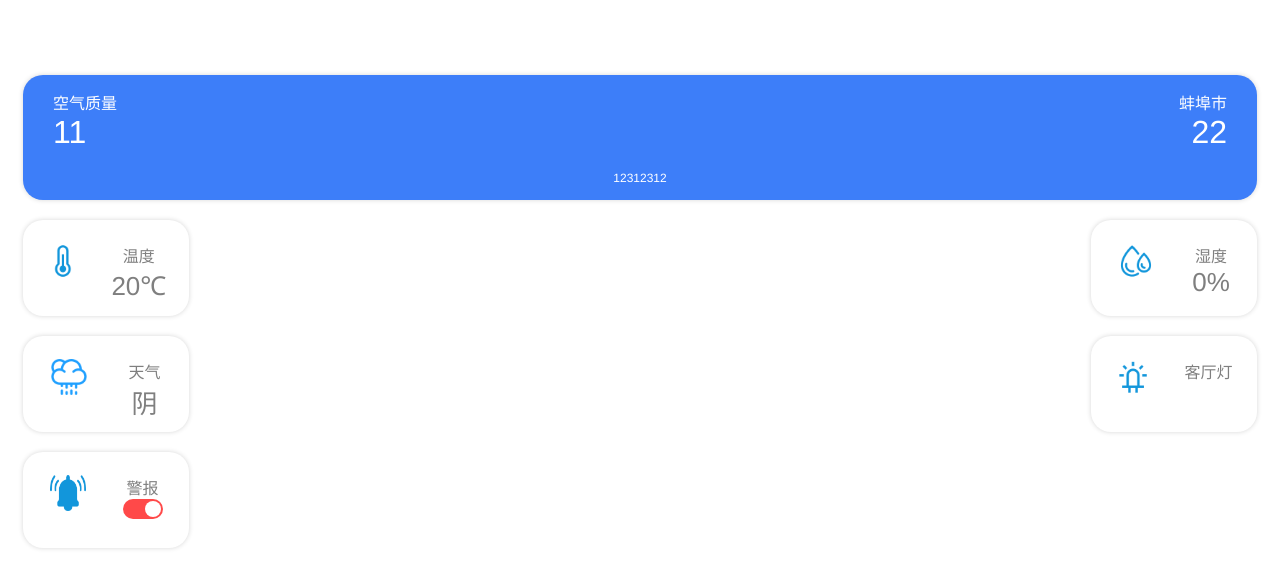
Repository: MashiroQi/MCU
Page: / (app in STM32/smart_house/WebCode/)
An editor plug-in stored every save of this project. The page is shown before and after the next save, followed by the edit.
The browser window is 1280 px wide. The pictures show the whole page.
The project was rebuilt for these pictures with package versions that can differ from the ones it lists, and the page was loaded fresh each time. Also part of the build but not shown: STM32/smart_house/WebCode/vue.config.js.

Above is the page before, as saved 2023-01-03 10:04:59.

### STM32/smart_house/WebCode/index.html
<!DOCTYPE html>
<html>
  <head>
    <meta charset="utf-8">
    <meta name="viewport" content="width=device-width,initial-scale=1.0">
    <title>proj</title>
  </head>
  <body>
    <div id="app"></div>
    <!-- built files will be auto injected -->
  </body>
</html>

### STM32/smart_house/WebCode/src/main.js
// The Vue build version to load with the `import` command
// (runtime-only or standalone) has been set in webpack.base.conf with an alias.
import Vue from 'vue'
import App from './App'
import router from './router'
import switchcomponent from './components/switch.vue'

Vue.config.productionTip = false

Vue.component(switchcomponent.name,switchcomponent);
/* eslint-disable no-new */
new Vue({
  el: '#app',
  router,
  components: { App },
  template: '<App/>'
})

### STM32/smart_house/WebCode/src/App.vue
<template>
  <div id="app">
    <router-view />
  </div>
</template>

<script>
export default {
  name: "App",
};
</script>

<style>
#app {
  font-family: "Avenir", Helvetica, Arial, sans-serif;
  -webkit-font-smoothing: antialiased;
  -moz-osx-font-smoothing: grayscale;
  text-align: center;
  color: #2c3e50;
  margin-top: 60px;
}
</style>

### STM32/smart_house/WebCode/src/router/index.js
import Vue from 'vue'
import Router from 'vue-router'
import Client from '@/components/Client'
Vue.use(Router)

export default new Router({
  routes: [
    {
      path: '/',
      name: 'Client',
      component: Client
    }
  ]
})

### STM32/smart_house/WebCode/src/components/switch.vue
<template>
  <div
    :class="['switchcomponent', disabled ? 'is-disabled' : '']"
    :style="{
      backgroundColor: isOk ? activeColor : inactiveColor,
      transform: `scale(${ratio})`,
    }"
    @click="switchVal"
  >
    <div
      class="switchcomponent-radio"
      :style="{ left: isOk ? '1px' : '22px' }"
    ></div>
  </div>
</template>

<script>
export default {
  name: "switchcomponent",
  props: {
    ratio: {
      type: Number,
      default: 1,
    },
    activeColor: {
      type: String,
      default: "#13ce66",
    },
    inactiveColor: {
      type: String,
      default: "#ff4949",
    },
    disabled: {
      type: Boolean,
      default: false,
    },
    default: {
      type: Array,
      default: [],
    },
    value: {
      type: String | Number | Boolean,
      require: true,
    },
  },
  data() {
    return {
      isOk: null,
      rules: [],
    };
  },
  watch: {
    value: {
      handler(val) {
        // 以下方式只需要在初始化执行即可
        if (this.default.length === 2 && this.default[0] !== this.default[1]) {
          this.rules = JSON.parse(JSON.stringify(this.default));
          let index = this.rules.findIndex((item) => item === val);
          switch (index) {
            case -1:
              this.rules = [true, false];
              break;
            case 0:
              this.isOk = true;
              break;
            case 1:
              this.isOk = false;
              break;
          }
        } else {
          this.rules = [true, false];
          this.value ? (this.isOk = true) : (this.isOk = false);
        }
      },
      immediate: true,
      deep: true,
    },
  },
  methods: {
    switchVal() {
      if (this.disabled) {
        return;
      }
      this.isOk = !this.isOk;
      this.$emit("input", this.isOk ? this.rules[0] : this.rules[1]);
      this.$emit("change", this.isOk ? this.rules[0] : this.rules[1]);
    },
  },
};
</script>

<style lang="scss" scoped>
.switchcomponent {
  cursor: pointer;
  width: 40px;
  height: 20px;
  border-radius: 10px;
  position: relative;

  .switchcomponent-radio {
    position: absolute;
    top: 50%;
    left: 1px;
    transform: translate(0, -50%);
    width: 16px;
    height: 16px;
    background-color: #fff;
    border-radius: 50%;
    transition: left 0.3s;
  }
}
.is-disabled {
  opacity: 0.6;
  cursor: not-allowed;
}
</style>

### STM32/smart_house/WebCode/src/components/Client.vue
<template>
  <div class="wrapper">
    <div class="header-wrapper">
      <div class="header-title">
        <span>空气质量</span>
        <span>蚌埠市</span>
      </div>
      <div class="header-text">
        <span>11</span>
        <span>22</span>
      </div>
      <div class="weather-advice">12312312</div>
    </div>
    <div class="data-wrapper">
      <div class="data">
        <img class="data-logo" src="/static/images/temperature.png" />
        <div class="data-text">
          温度
          <div class="data-value">20℃</div>
        </div>
      </div>
      <div class="data">
        <img class="data-logo" src="/static/images/humirity.png" />
        <div class="data-text">
          湿度
          <div class="data-value">0%</div>
        </div>
      </div>
    </div>
    <div class="data-wrapper">
      <div class="data">
        <img class="data-logo" src="/static/images/weather.png" />
        <div class="data-text">
          天气
          <div class="data-value">阴</div>
        </div>
      </div>
      <div class="data">
        <img class="data-logo" src="/static/images/LED.png" />
        <div class="data-text">
          客厅灯
          <div class="data-value">
            <g-switch
              v-model="active"
              active-color="red"
              inactive-color="green"
              name="username"
            ></g-switch>
          </div>
        </div>
      </div>
    </div>
    <div class="data-wrapper">
      <div class="data">
        <img class="data-logo" src="/static/images/alarm.png" />
        <div class="data-text">
          警报
          <div class="data-value">
            <switchcomponent color="#3d7ef9" />
          </div>
        </div>
      </div>
    </div>
  </div>
</template>

<script>
export default {
  name: "Client",
  data() {
    return {
      msg: "aaaa",
    };
  },
};
</script>

<style lang="scss" scoped>
.wrapper {
  padding: 15px;
  .header-wrapper {
    background-color: #3d7ef9;
    border-radius: 20px;
    color: #fff;
    box-shadow: #d6d6d6 0px 0px 5px;
    padding: 15px 30px;
    .header-title {
      display: flex;
      justify-content: space-between;
    }
    .header-text {
      font-size: 32px;
      font-weight: 400;
      display: flex;
      justify-content: space-between;
    }
    .weather-advice {
      margin-top: 20px;
      font-size: 12px;
    }
  }
  .data-wrapper {
    margin-top: 20px;
    display: flex;
    justify-content: space-between;
    .data {
      background-color: #fff;
      width: 150px;
      height: 80px;
      border-radius: 20px;
      display: flex;
      justify-content: space-around;
      padding: 8px;
      box-shadow: #d6d6d6 0px 0px 5px;
      .data-logo {
        height: 36px;
        width: 36px;
        margin-top: 15px;
      }
      .data-text {
        margin-top: 15px;
        color: #7f7f7f;
        .data-value {
          font-size: 26px;
        }
      }
    }
  }
}
</style>

After the next save:
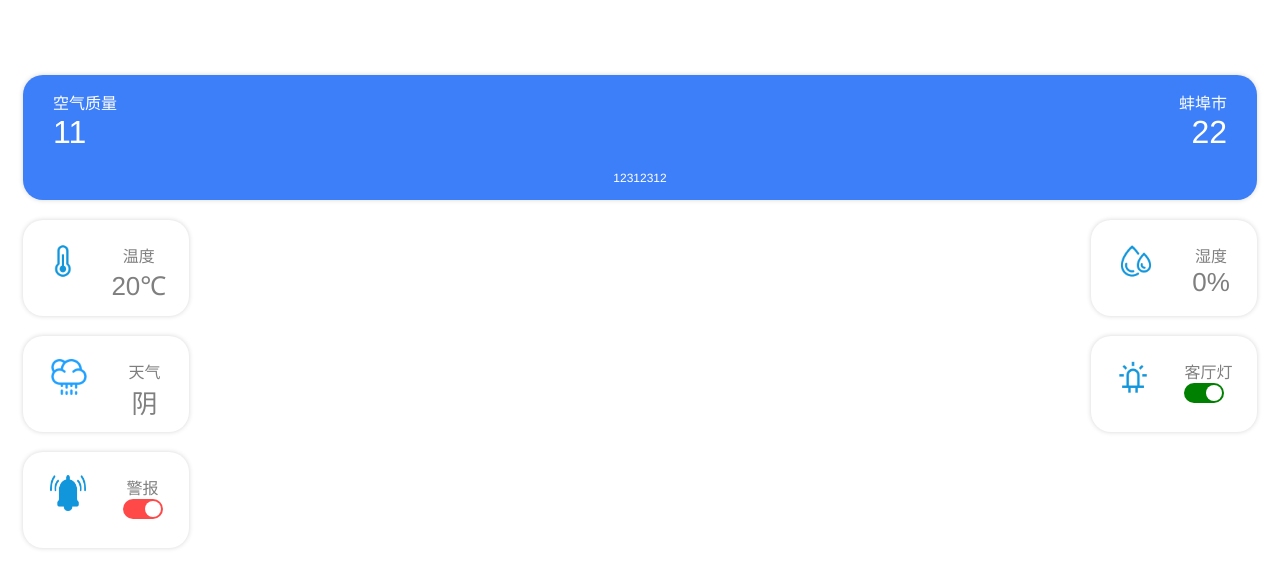
Saved 15 s later.
--- a/STM32/smart_house/WebCode/src/components/Client.vue
+++ b/STM32/smart_house/WebCode/src/components/Client.vue
@@ -40,12 +40,12 @@
         <div class="data-text">
           客厅灯
           <div class="data-value">
-            <g-switch
+            <switchcomponent
               v-model="active"
               active-color="red"
               inactive-color="green"
               name="username"
-            ></g-switch>
+            ></switchcomponent>
           </div>
         </div>
       </div>
